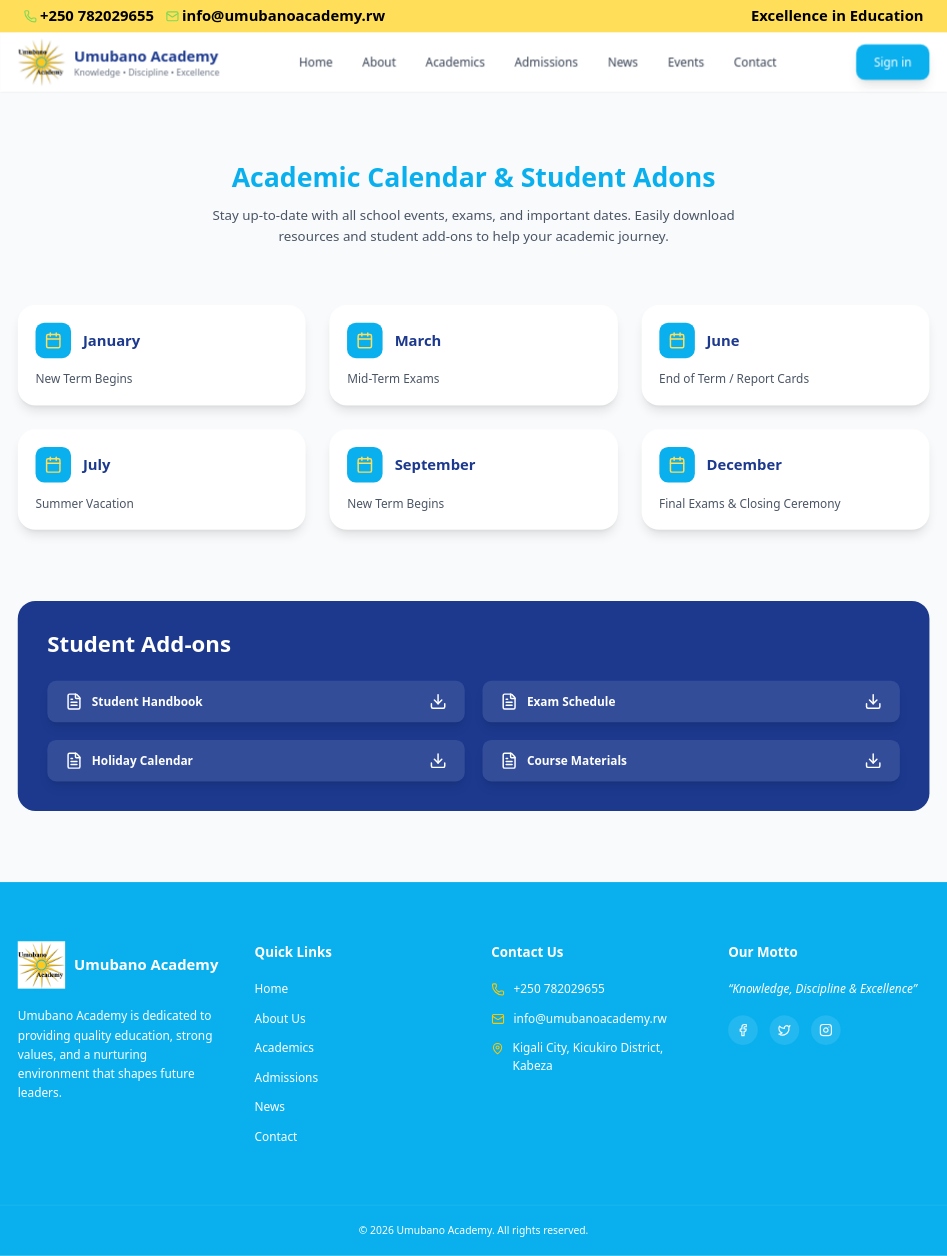
Repository: Umubano-Academy/umubano-academy-website
Page: /academic
These files come from the project's save history. The page is drawn as it stood at one moment and after the next save; the edit follows.
The browser window is 1280 px wide. The pictures show the whole page, at 74% of full size.
The project was rebuilt for these pictures with package versions that can differ from the ones it lists, and the page was loaded fresh each time. Also part of the build but not shown: vite.config.js, src/components/guest/Hero.jsx, src/components/guest/Event.jsx, src/components/guest/News.jsx, src/components/guest/Contact.jsx, src/components/guest/Home.jsx, src/components/guest/Admission.jsx, src/components/guest/About.jsx and 7 more.

Above is the page before, as saved 2026-01-13 19:45:44.

After the next save:
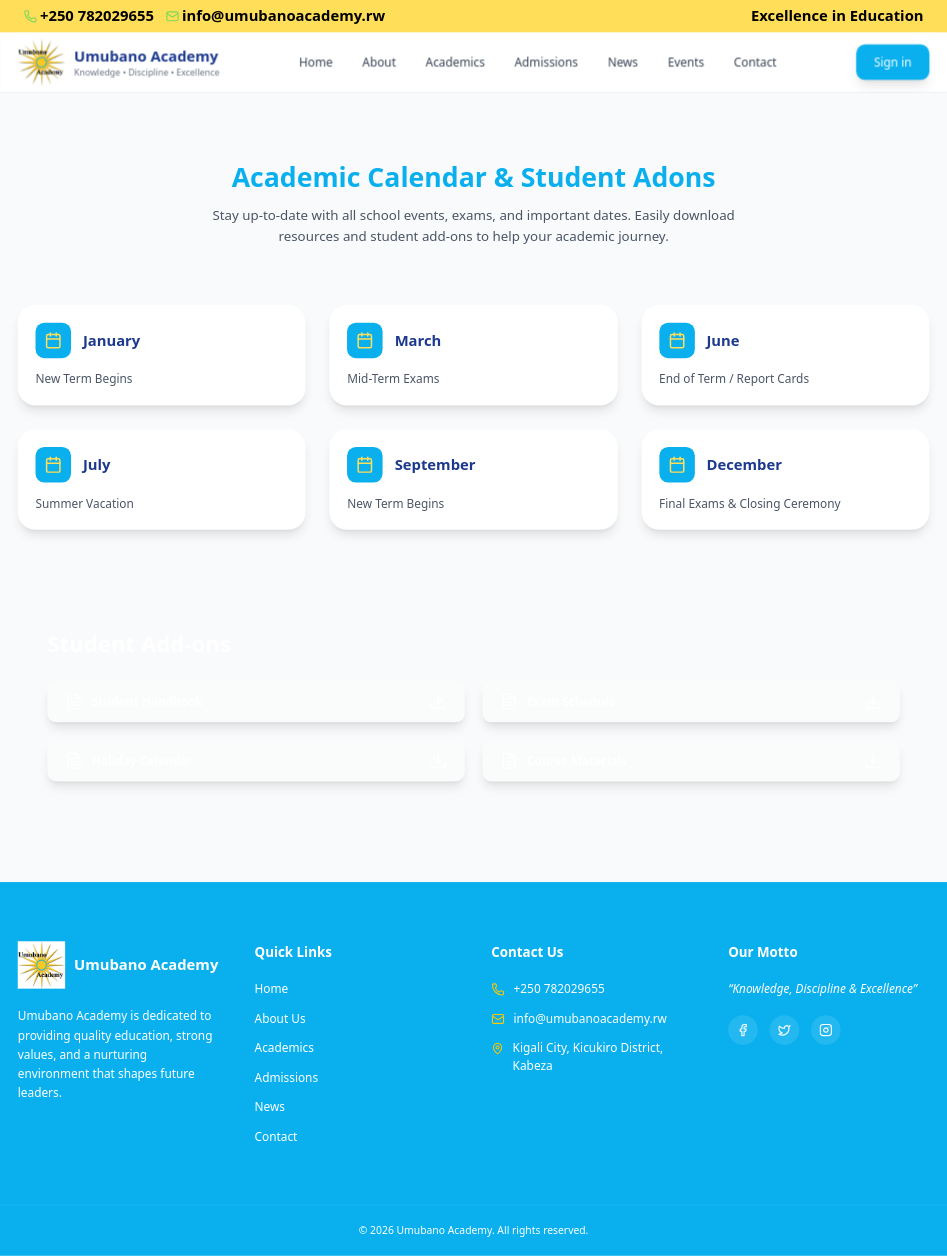
Saved 17 s later.
--- a/src/components/guest/Academic.jsx
+++ b/src/components/guest/Academic.jsx
@@ -79,7 +79,7 @@ function Academic() {
           whileInView={{ opacity: 1, y: 0 }}
           viewport={{ once: true }}
           transition={{ duration: 0.6 }}
-          className="bg-blue-900 rounded-3xl p-10 text-white"
+          className="[#0AB0EE] rounded-3xl p-10 text-white"
         >
           <h3 className="text-3xl font-bold mb-8">Student Add-ons</h3>
           <div className="grid grid-cols-1 md:grid-cols-2 gap-6">
